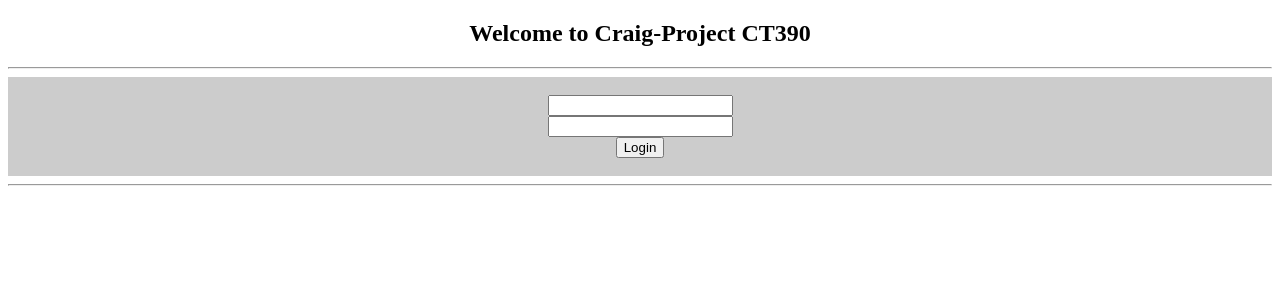
Repository: amirdt22/CT390_Project
Page: http://localhost/craig-project/
These files come from the project's save history. The page is drawn as it stood at one moment and after the next save; the edit follows.
The browser window is 1280 px wide. The pictures show the whole page.
The page is served by Tomcat 9.

Above is the page before, as saved 2012-04-22 19:52:24.

After the next save:
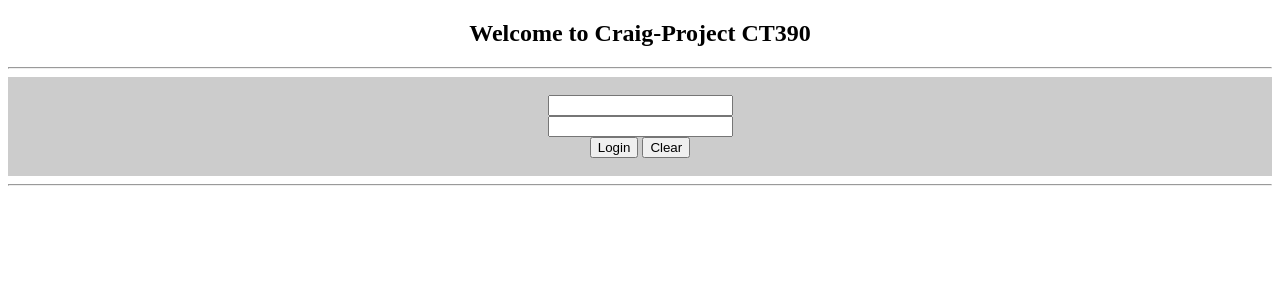
Saved 5 min 37 s later.
--- a/craig-project/WebContent/index.jsp
+++ b/craig-project/WebContent/index.jsp
@@ -14,7 +14,8 @@
 		<form style="background-color: #CCCCCC" action="project" method="POST"><br>
 			<input type="text" name="username" id="username"/><br>
 			<input type="password" name="password" id="password"/><br>
-			<input type="submit" value="Login" id="loginSubmit"/><br><br>
+			<input type="submit" value="Login" id="loginSubmit"/>
+			<input type="button" value="Clear" id="clearFields"/><br><br>
 		</form>
 	<hr>
 	</center>
